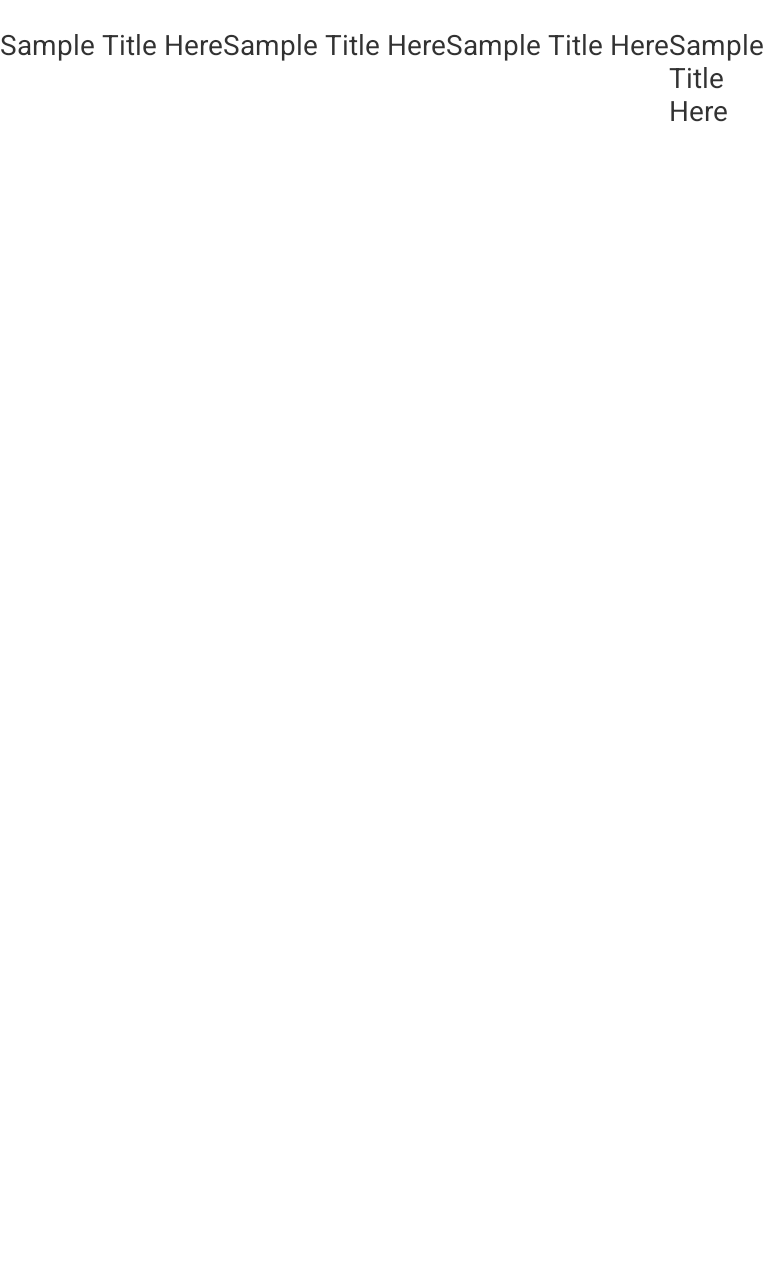
Repository: harvard-lil/wtwba-android-app
Layout: wtwba/res/layout/activity_main.xml
These files come from the project's save history. The layout is drawn as it stood at one moment and after a run of saves; the edit follows.
It is drawn on a 768 x 1280 px phone screen (xhdpi) without system bars, with theme AppTheme; the app's code is not run.

Above is the layout before, as saved 2013-03-04 17:12:54.

### wtwba/res/layout/activity_main.xml
<?xml version="1.0" encoding="utf-8"?>
<LinearLayout xmlns:android="http://schemas.android.com/apk/res/android"
    xmlns:tools="http://schemas.android.com/tools"
    android:layout_width="match_parent"
    android:layout_height="match_parent"
    android:orientation="horizontal">

    <TextView
        android:id="@+id/disp_title_holder"
        android:layout_width="wrap_content"
        android:layout_height="wrap_content"
        android:text="@string/title_holder"
         />
    <TextView
        android:id="@id/disp_title_holder"
        android:layout_width="wrap_content"
        android:layout_height="wrap_content"
        android:text="@string/title_holder"
         />
    <TextView
        android:id="@id/disp_title_holder"
        android:layout_width="wrap_content"
        android:layout_height="wrap_content"
        android:text="@string/title_holder"
         />
    <TextView
        android:id="@id/disp_title_holder"
        android:layout_width="wrap_content"
        android:layout_height="wrap_content"
        android:text="@string/title_holder"
         />
    <Button
        android:layout_width="wrap_content"
        android:layout_height="wrap_content"
        android:text="@string/button_send"
    	android:onClick="scanCode" />
</LinearLayout>

### wtwba/res/values/strings.xml
<?xml version="1.0" encoding="utf-8"?>
<resources>

    <string name="app_name">wtwba</string>
    <string name="edit_message">Enter a message</string>
    <string name="button_send">Send</string>
    <string name="menu_settings">Settings</string>
    <string name="title_activity_main">MainActivity</string>
    <string name="hello_world">Hello world!</string>
    <string name="title_holder">Sample Title Here</string>
    <string name="title_activity_display_message">DisplayMessageActivity</string>

</resources>

Loaded but not shown: wtwba/res/values-v11/styles.xml (common file); wtwba/res/values-v14/styles.xml (common file); wtwba/res/values/styles.xml (common file)

After the next 2 saves:
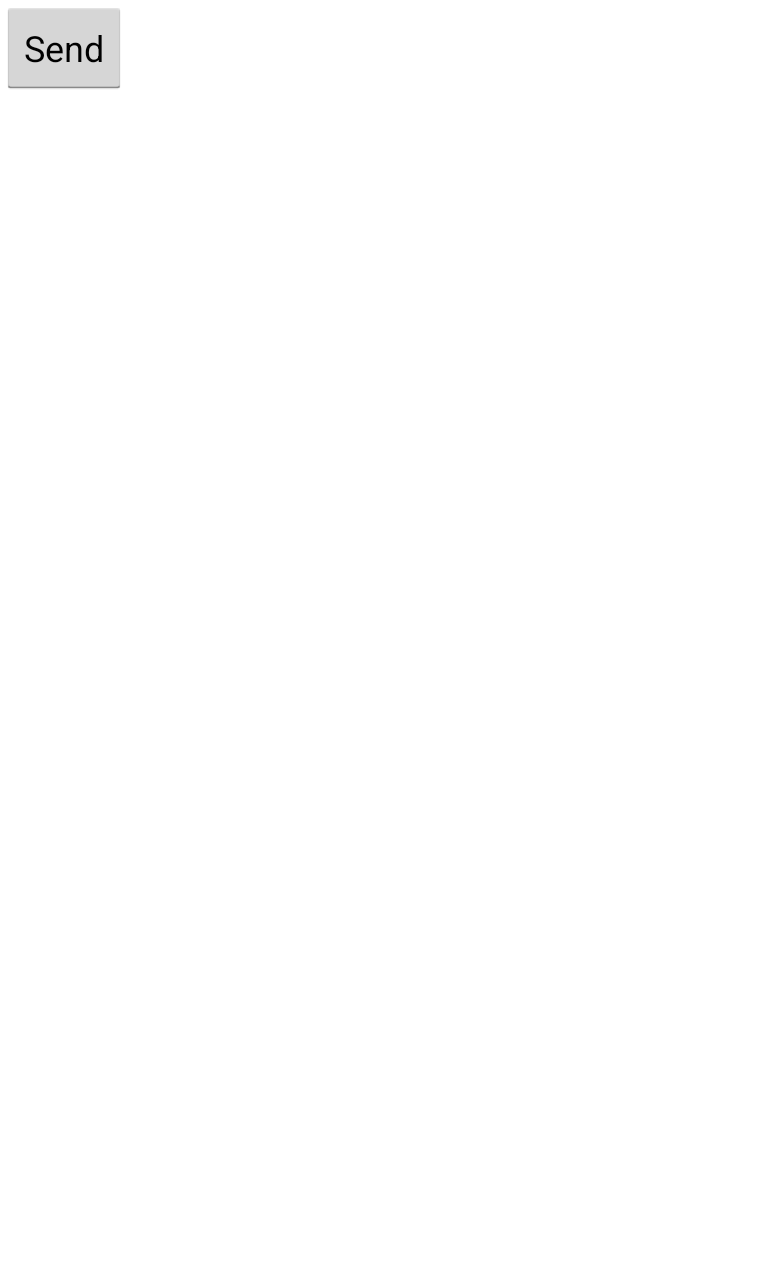
The 2 saves are shown as one change because they came seconds apart.
The last was saved 71 s later.
--- a/wtwba/res/layout/activity_main.xml
+++ b/wtwba/res/layout/activity_main.xml
@@ -4,7 +4,7 @@
     android:layout_width="match_parent"
     android:layout_height="match_parent"
     android:orientation="horizontal">
-
+<!--
     <TextView
         android:id="@+id/disp_title_holder"
         android:layout_width="wrap_content"
@@ -28,7 +28,7 @@
         android:layout_width="wrap_content"
         android:layout_height="wrap_content"
         android:text="@string/title_holder"
-         />
+         />-->
     <Button
         android:layout_width="wrap_content"
         android:layout_height="wrap_content"
